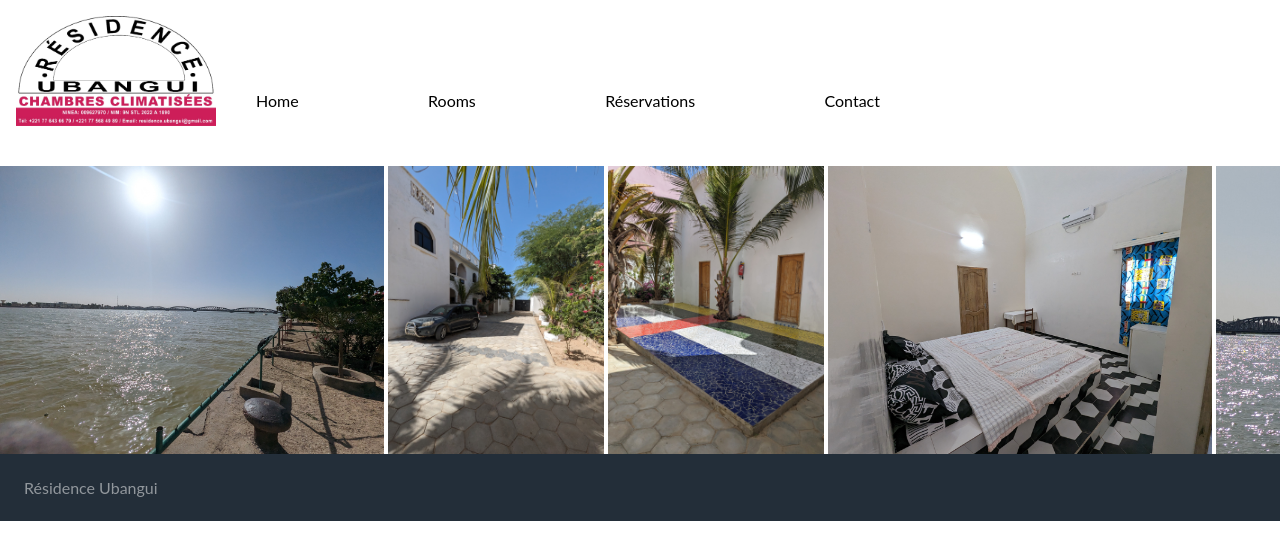
Repository: Nedjim/ubangui
Page: /home
The author's editor kept a copy of each file at every save. The page is drawn from the files as they stood at one save, then again after the next save.
The browser window is 1280 px wide. The pictures show the whole page.
The project was rebuilt for these pictures with package versions that can differ from the ones it lists, and the page was loaded fresh each time. The framework's server and built-in components were replaced by stand-ins that run in the browser. Also part of the build but not shown: nuxt.config.ts, components/PageTitle.vue, components/Test.vue.

Above is the page before, as saved 2024-01-11 20:51:44.

After the next save:
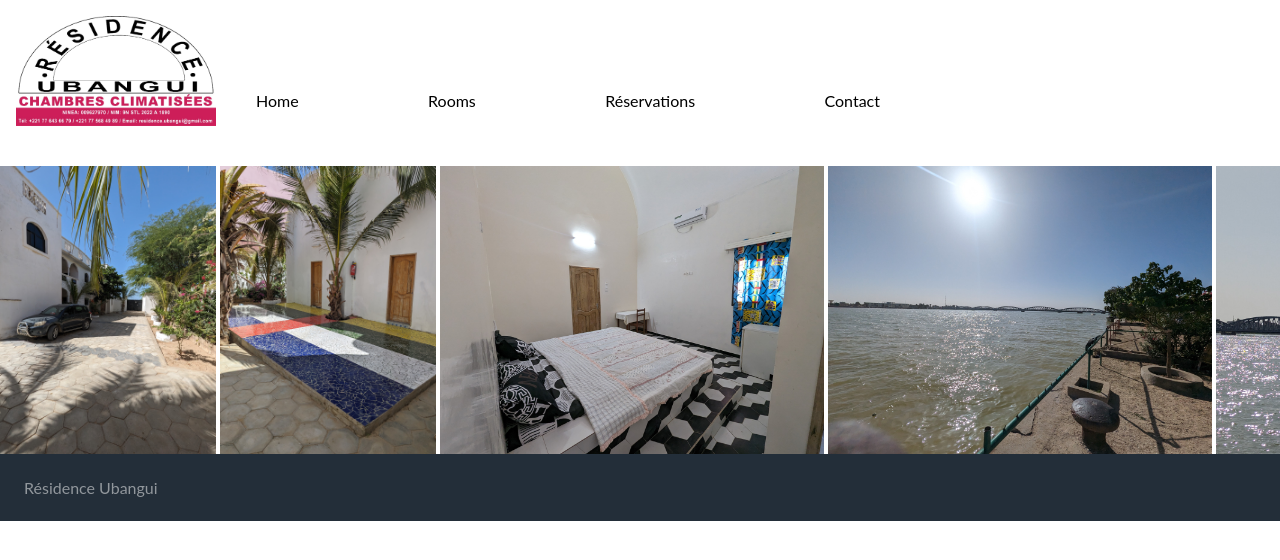
Saved 16 s later.
--- a/components/Carousel.vue
+++ b/components/Carousel.vue
@@ -1,9 +1,9 @@
 <template>
      <div class="carousel">
-      <img src="~/assets/img/landscape.jpg" alt="landscape" />
       <img src="~/assets/img/home-1.jpg" alt="home-1" />
       <img src="~/assets/img/home-2.jpg" alt="home-2" />
       <img src="~/assets/img/room-1.jpg" alt="room-1" />
+      <img src="~/assets/img/landscape.jpg" alt="landscape" />
       <img src="~/assets/img/landscape-2.jpg" alt="landscape-2" />
     </div>
 </template>
